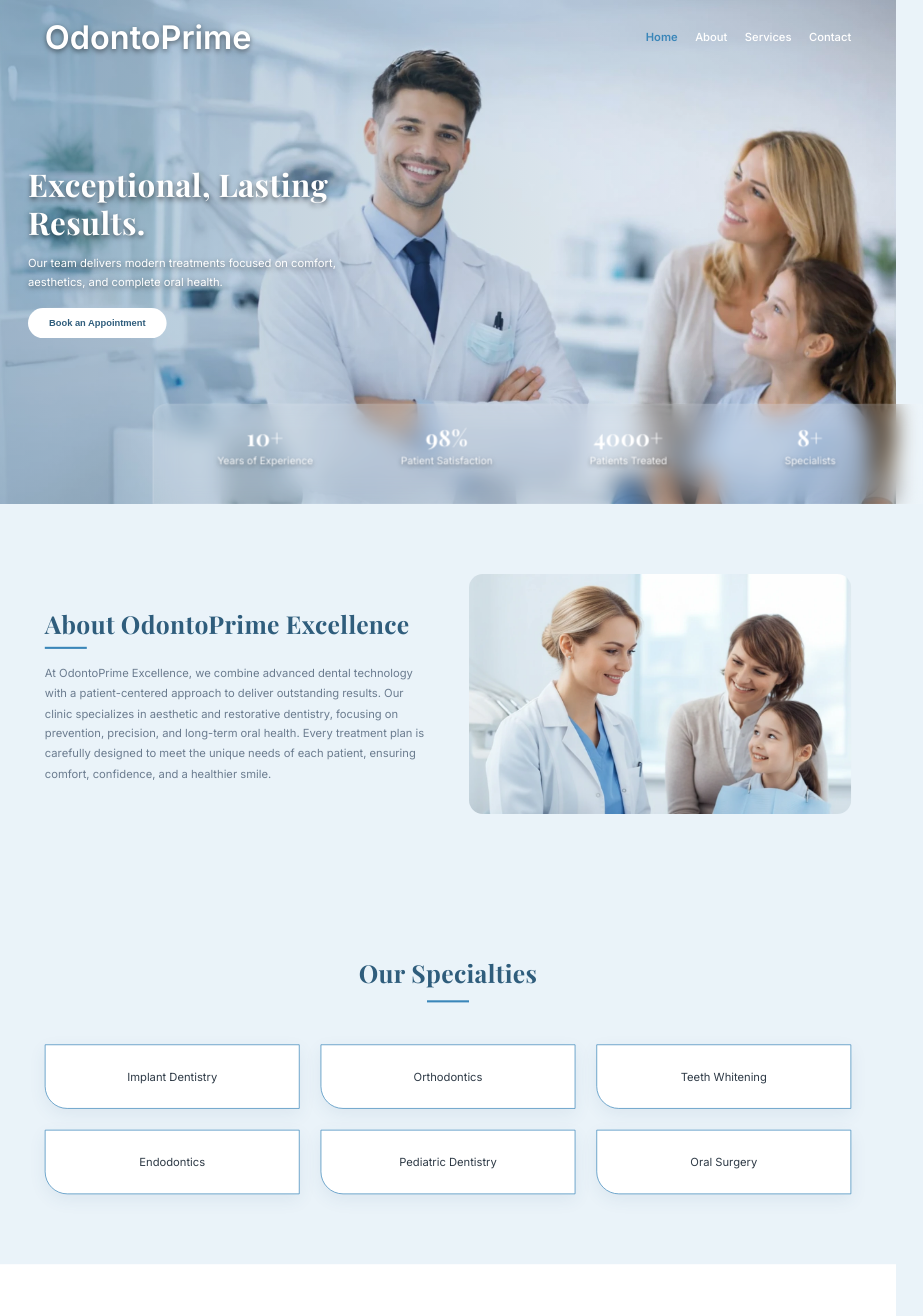
Repository: davidfsillva/OdontoPrime
Page: index.html
An editor plug-in stored every save of this project. The page is shown before and after the next save, followed by the edit.
The browser window is 1280 px wide. The page is 1318 px wide, so the pictures cover 1318 px, including what lies to the right of the window. The pictures show the part of the page from y = 0 to 1880 px (the page is 2646 px tall), at 70% of full size.

Above is the page before, as saved 2026-02-17 09:19:50.

After the next save:
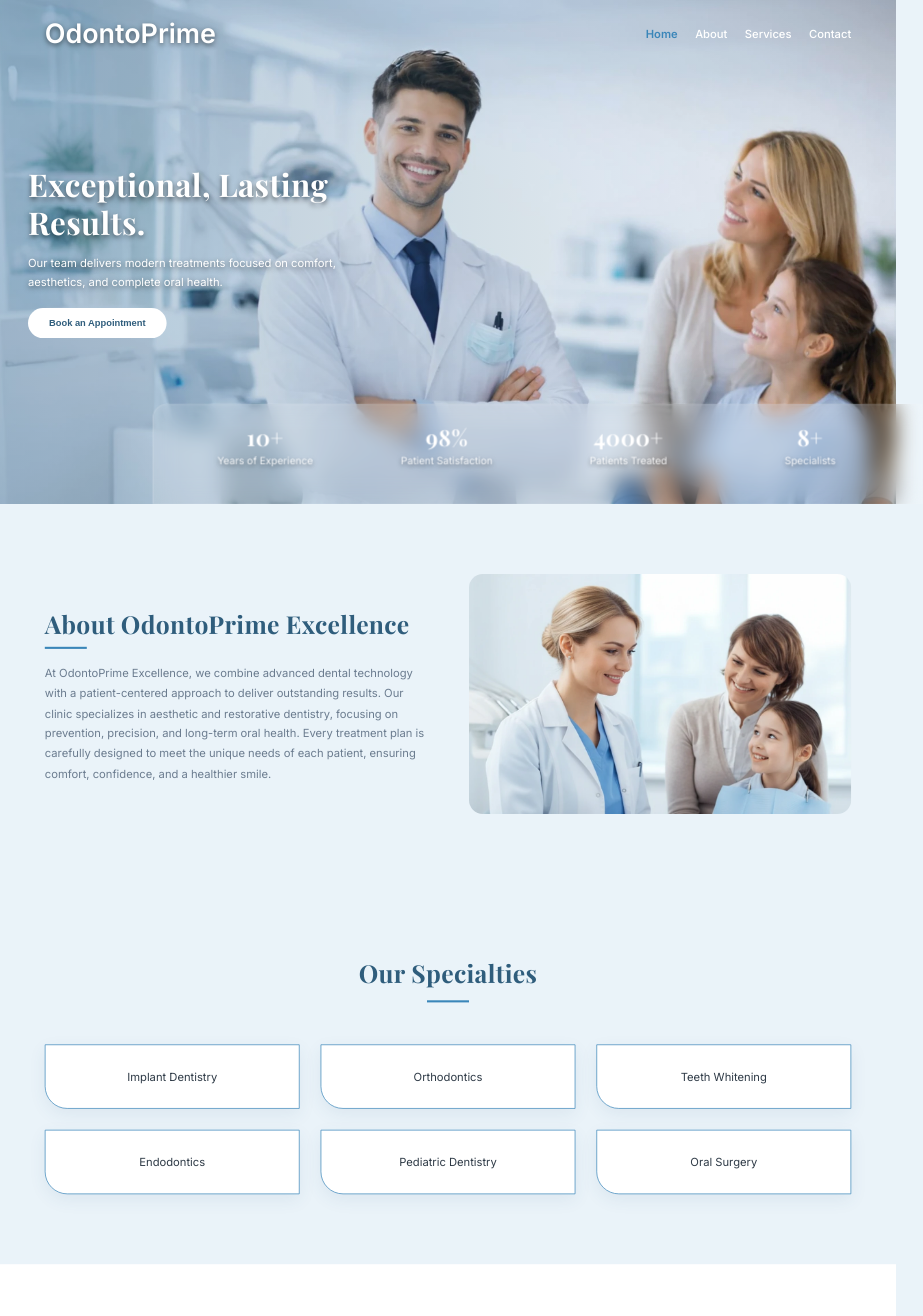
Saved 14 s later.
--- a/style.css
+++ b/style.css
@@ -64,7 +64,7 @@ header{
 
 .logo{
     font-weight:700;
-    font-size:2.9rem;
+    font-size:2.4rem;
     color:var(--white);
     text-shadow: 0 3px 8px rgba(0, 0, 0, 0.5);
 }
